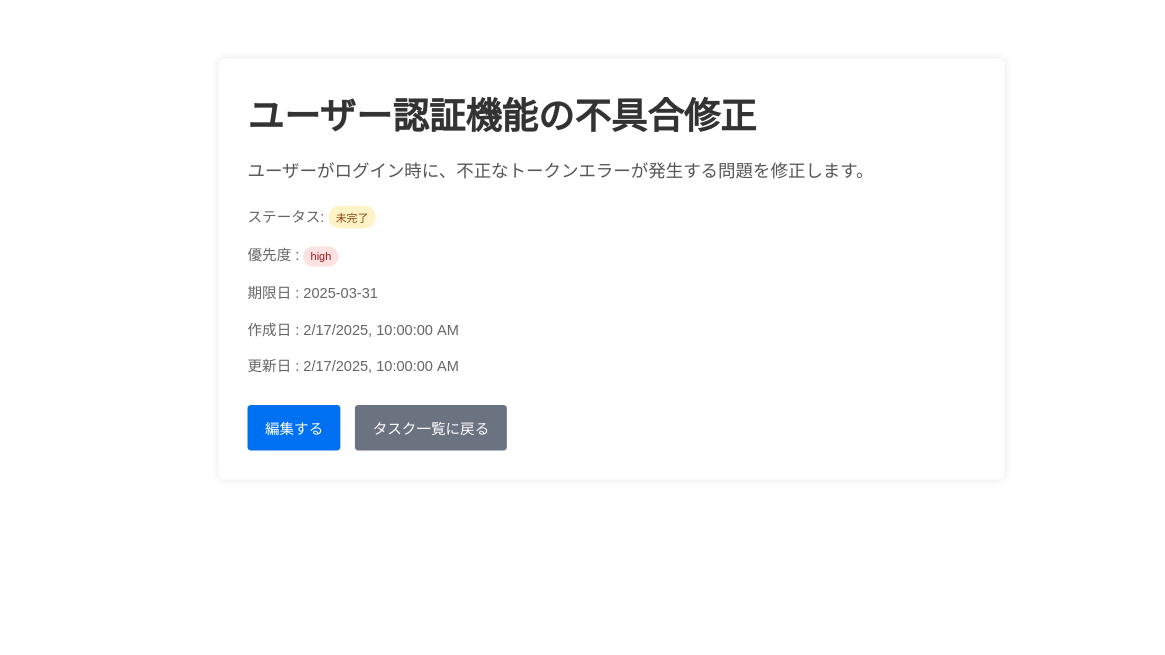
Repository: s1ros75/react-task-app
Page: /tasks/1
The author's editor kept a copy of each file at every save. The page is drawn from the files as they stood at one save, then again after a run of saves.
The browser window is 1280 px wide. The pictures show the whole page, at 91% of full size.
The project was rebuilt for these pictures with package versions that can differ from the ones it lists, and the page was loaded fresh each time. Also part of the build but not shown: vite.config.ts, src/styles/home.module.css, src/pages/home/index.tsx, src/features/tasks/hooks/getTasks.ts, src/features/tasks/styles/taskCard.module.css, src/features/tasks/utils/priority.ts, src/features/tasks/utils/status-label.ts, src/features/tasks/components/TaskCard.tsx and 11 more.

Above is the page before, as saved 2026-01-17 23:06:48.

After the next 2 saves:
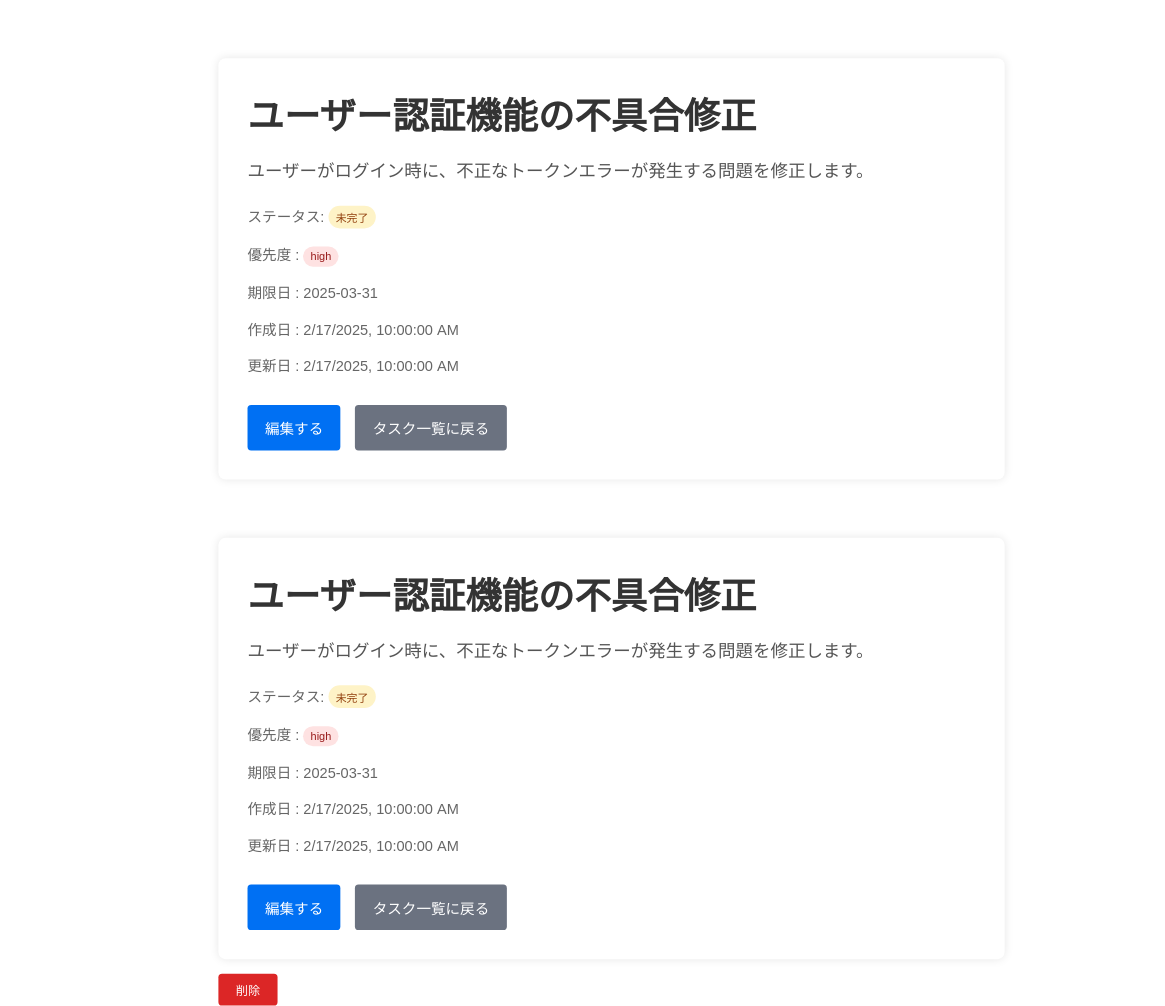
The 2 saves are shown as one change because they came seconds apart.
The last was saved 25 s later.
--- a/src/features/tasks/containers/TaskDetailContainer.tsx
+++ b/src/features/tasks/containers/TaskDetailContainer.tsx
@@ -37,7 +37,12 @@ export default function TaskDetailContainer() {
   return (
     <div className={styles.taskDetailContainer}>
       <TaskDetail task={task} />
-      {/* 取得したタスク情報をTaskDetailコンポーネントに渡す */}
+      <div className={styles.taskDetailContainer}>
+        <TaskDetail task={task} />
+        <div>
+          <TaskDeleteButton id={id} /> {/* 削除ボタンコンポーネントを追加 */}
+        </div>
+      </div>
     </div>
   );
 }
